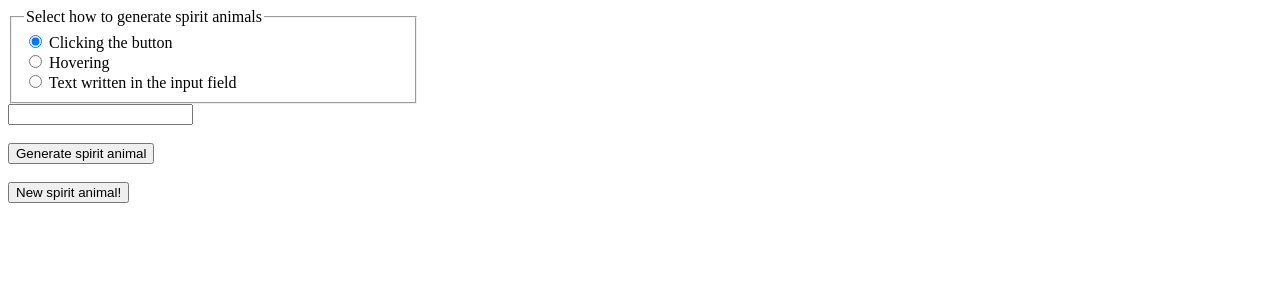
Repository: andrii1/hyf-homework
Page: javascript/javascript2/week1/name-generator.html
These files come from the project's save history. The page is drawn as it stood at one moment and after the next save; the edit follows.
The browser window is 1280 px wide. The pictures show the whole page.

Above is the page before, as saved 2022-06-25 14:24:15.

### javascript/javascript2/week1/name-generator.html
<!DOCTYPE html>
<html lang="en">
<head>
  <meta charset="UTF-8">
  <meta http-equiv="X-UA-Compatible" content="IE=edge">
  <meta name="viewport" content="width=device-width, initial-scale=1.0">
  <title>Spirit animal name generator</title>
</head>
<body>
  <fieldset style="width: 30%;">
    <legend>Select how to generate spirit animals</legend>

    <div>
      <input type="radio" id="clicking-button" name="checkbox" value="clicking-button" checked>
      <label for="clicking-button">Clicking the button</label>
    </div>

    <div>
      <input type="radio" id="hovering" name="checkbox" value="hovering">
      <label for="hovering">Hovering</label>
    </div>

    <div>
      <input type="radio" id="writing-text" name="checkbox" value="writing-text">
      <label for="writing-text">Text written in the input field</label>
    </div>
  </fieldset>

  <form action="#">
    <input type="text" id="input"><br>
    <br>
    <input type="submit" id="button" value="Generate spirit animal">
  </form>
  <br>
  <button id="new-animal">New spirit animal!</button>
  <div id="display"></div>
  <script src="app.js"></script>
</body>
</html>

### javascript/javascript2/week1/app.js
const animals = [
  "spirit cat",
  "moon dog",
  "crying snake",
  "dangerous lion",
  "yellow tiger",
  "sun bear",
  "jupiter crocodile",
  "mars shark",
  "venus whale",
  "saturn crocodile",
];
const input = document.getElementById("input");
const button = document.getElementById("button");
const display = document.getElementById("display");
const newAnimalButton = document.getElementById("new-animal");
function generateSpiritAnimal() {
  const text = input.value;
  if (typeof text !== "string" || text === "") {
    throw new Error("Name must be a non-empty string");
  }

  display.innerHTML = `${text} - The ${
    animals[Math.floor(Math.random() * animals.length)]
  }`;
}

function newSpiritAnimal() {
  const animal = display.innerHTML;
  if (animal === "") {
    throw new Error("Generate animal first!");
  }
  const text = input.value;
  display.innerHTML = `${text} - The ${
    animals[Math.floor(Math.random() * animals.length)]
  }`;
}

button.addEventListener("click", generateSpiritAnimal);
newAnimalButton.addEventListener("click", newSpiritAnimal);

After the next save:
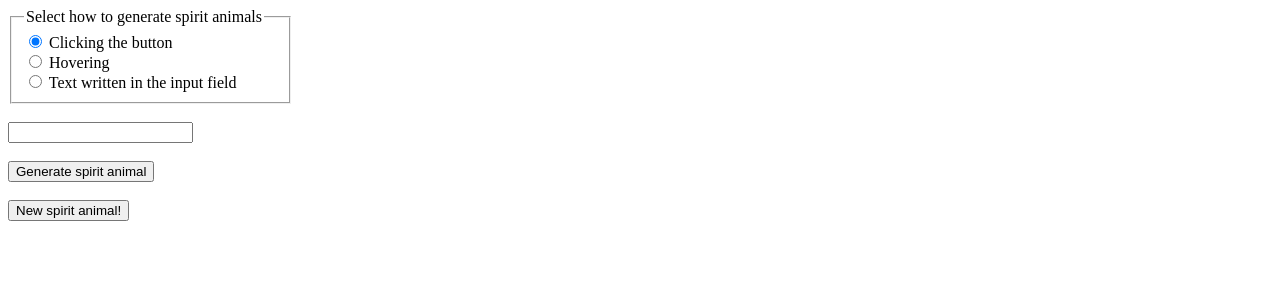
Saved 11 s later.
--- a/javascript/javascript2/week1/name-generator.html
+++ b/javascript/javascript2/week1/name-generator.html
@@ -7,7 +7,7 @@
   <title>Spirit animal name generator</title>
 </head>
 <body>
-  <fieldset style="width: 30%;">
+  <fieldset style="width: 20%;">
     <legend>Select how to generate spirit animals</legend>
 
     <div>
@@ -25,6 +25,7 @@
       <label for="writing-text">Text written in the input field</label>
     </div>
   </fieldset>
+  <br>
 
   <form action="#">
     <input type="text" id="input"><br>
